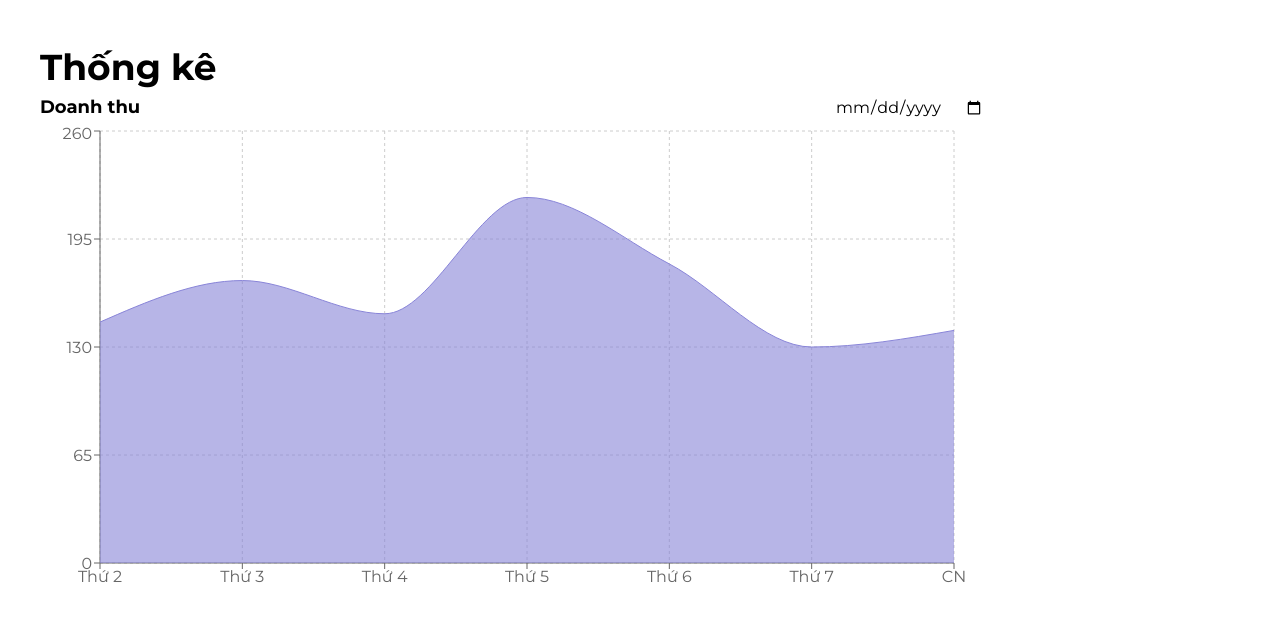
Repository: iphoneboy46/AltaMediaCMS
Page: /
The author's editor kept a copy of each file at every save. The page is drawn from the files as they stood at one save, then again after the next save.
The browser window is 1280 px wide. The pictures show the whole page.
Some web libraries are served in a nearby version. The project was rebuilt for these pictures with package versions that can differ from the ones it lists, and the page was loaded fresh each time.

Above is the page before, as saved 2023-03-26 22:13:35.

After the next save:
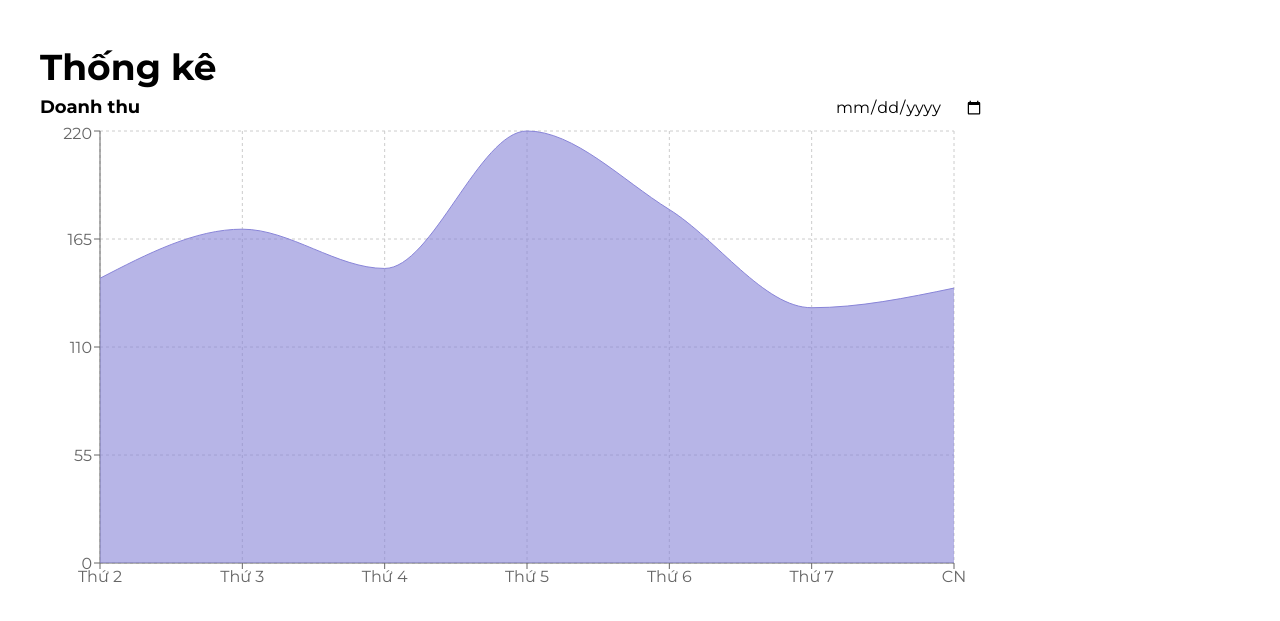
Saved 65 s later.
--- a/src/components/Charts/Charts.tsx
+++ b/src/components/Charts/Charts.tsx
@@ -65,7 +65,7 @@
         >
           <CartesianGrid strokeDasharray="3 3" />
           <XAxis dataKey="name" />
-          <YAxis dataKey="label" type="number" domain={[140, 260]} />
+          <YAxis dataKey="label" type="number" domain={[0 ,'140, 260']} />
           <Tooltip />
           <Area
             type="monotone"

After the save that followed:
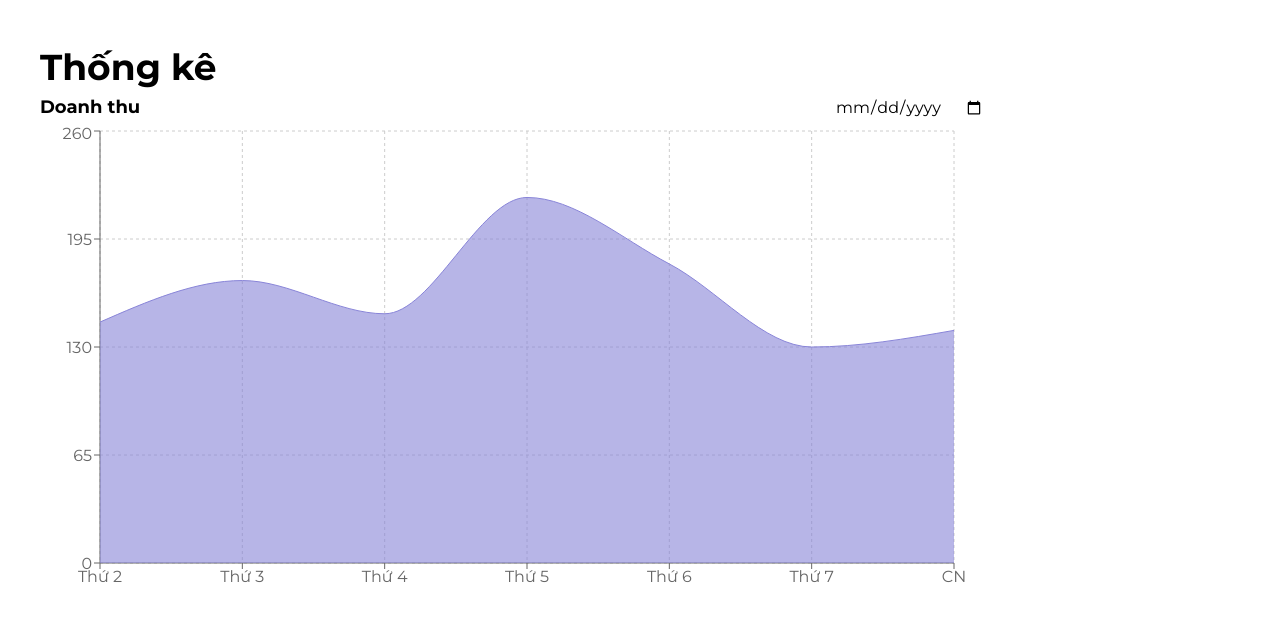
Saved 10 s later.
--- a/src/components/Charts/Charts.tsx
+++ b/src/components/Charts/Charts.tsx
@@ -65,7 +65,7 @@
         >
           <CartesianGrid strokeDasharray="3 3" />
           <XAxis dataKey="name" />
-          <YAxis dataKey="label" type="number" domain={[0 ,'140, 260']} />
+          <YAxis dataKey="label" type="number" domain={[140, 260]} />
           <Tooltip />
           <Area
             type="monotone"
